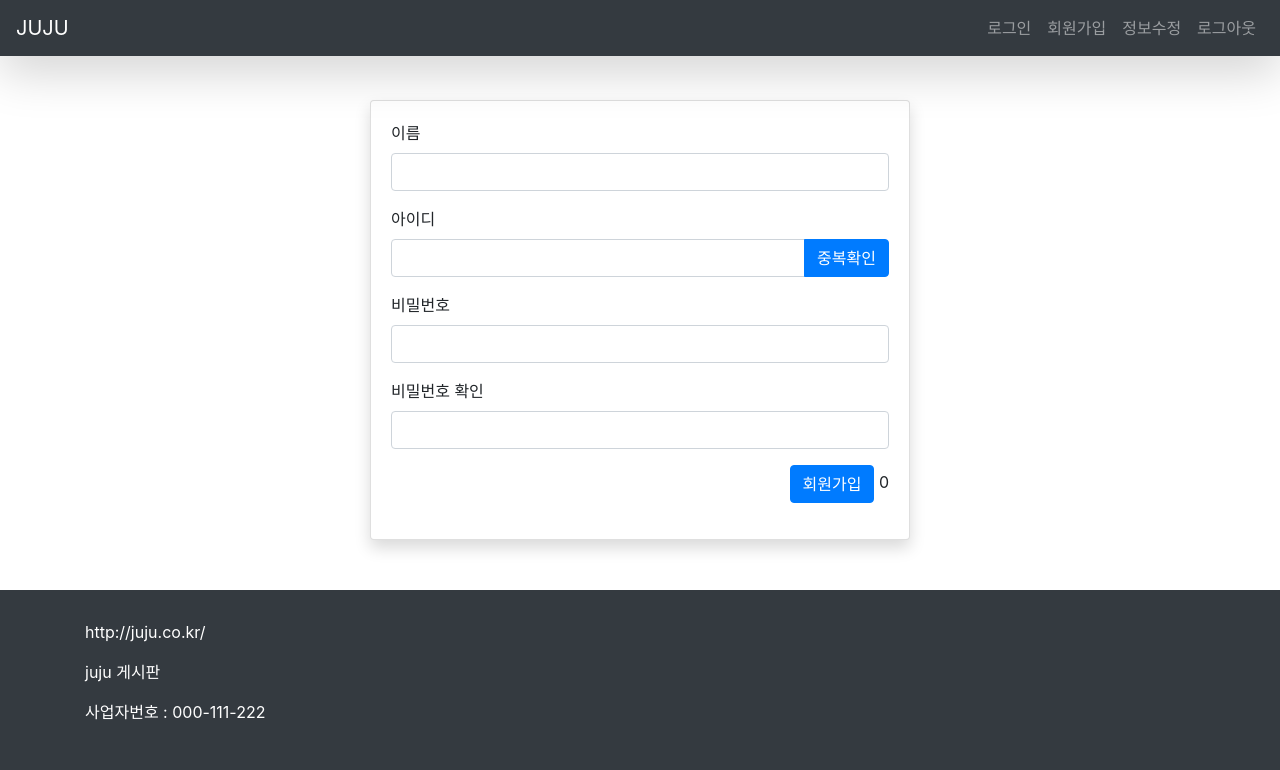
Repository: YeonJuJu/BoardProject
Page: http://localhost/projectJUJU/WEB-INF/view/user/join.jsp
The author's editor kept a copy of each file at every save. The page is drawn from the files as they stood at one save, then again after the next save.
The browser window is 1280 px wide. The pictures show the whole page.
The page is served by Tomcat 9. Nobody is signed in. The template is opened directly, without the code that normally fills it, so the values that code supplies are empty.

Above is the page before, as saved 2021-04-08 09:22:31.

After the next save:
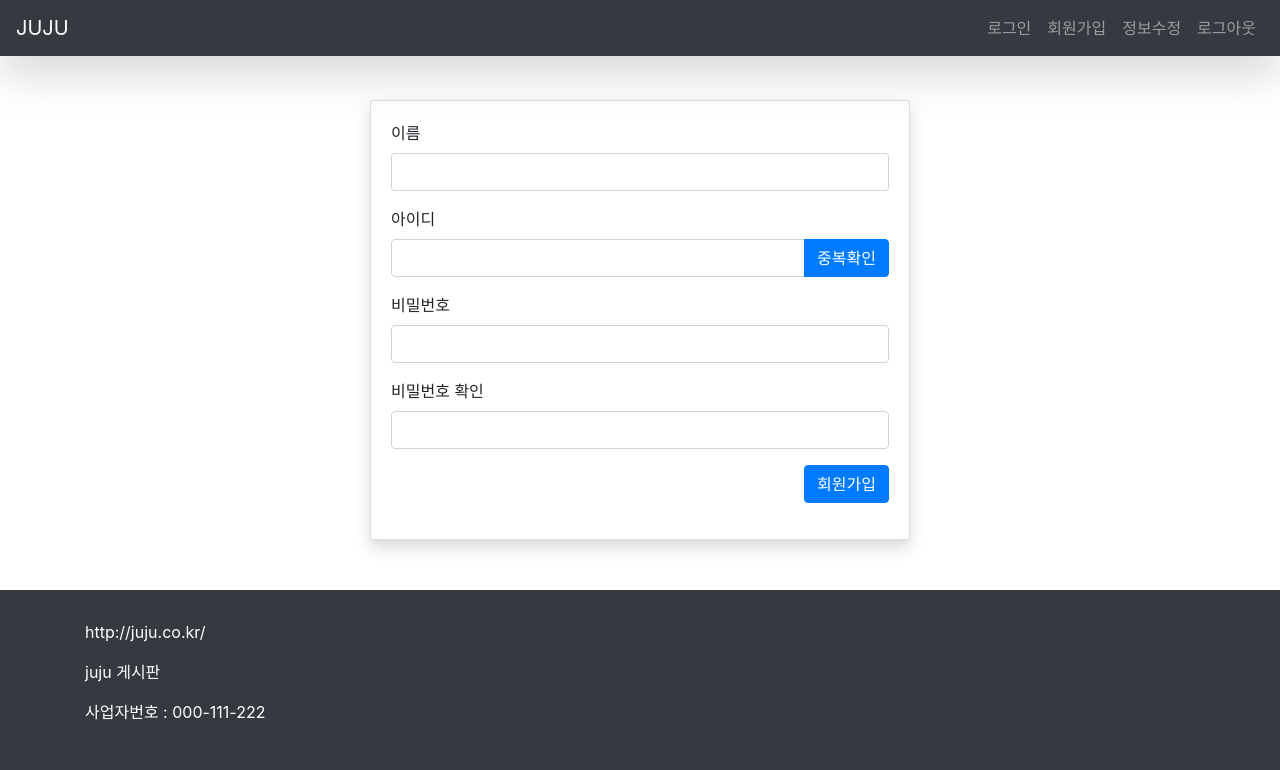
Saved 15 h 6 min later.
--- a/projectJUJU/WebContent/WEB-INF/view/user/join.jsp
+++ b/projectJUJU/WebContent/WEB-INF/view/user/join.jsp
@@ -25,7 +25,7 @@
 		src="https://maxcdn.bootstrapcdn.com/bootstrap/4.1.0/js/bootstrap.min.js"></script>
 	<script type="text/javascript">
 		function checkID(){
-			const user_id = $('#user_id').val();
+			const user_id = $("#user_id").val();
 
 			if(user_id.length == 0){
 				alert('아이디를 입력해주세요.');
@@ -62,7 +62,6 @@
 				<div class="card shadow">
 					<div class="card-body">
 						<form:form action="${root}user/join_proc" method="post" modelAttribute="joinUserDTO">
-							<form:hidden path="inputUserID" />
 							<div class="form-group">
 								<form:label path="user_name">이름</form:label>
 								<form:input path="user_name" class="form-control"/>
@@ -91,7 +90,7 @@
 							<div class="form-group">
 								<div class="text-right">
 									<form:button class="btn btn-primary">회원가입</form:button>
-0								</div>
+								</div>
 							</div>
 						</form:form>
 					</div>
